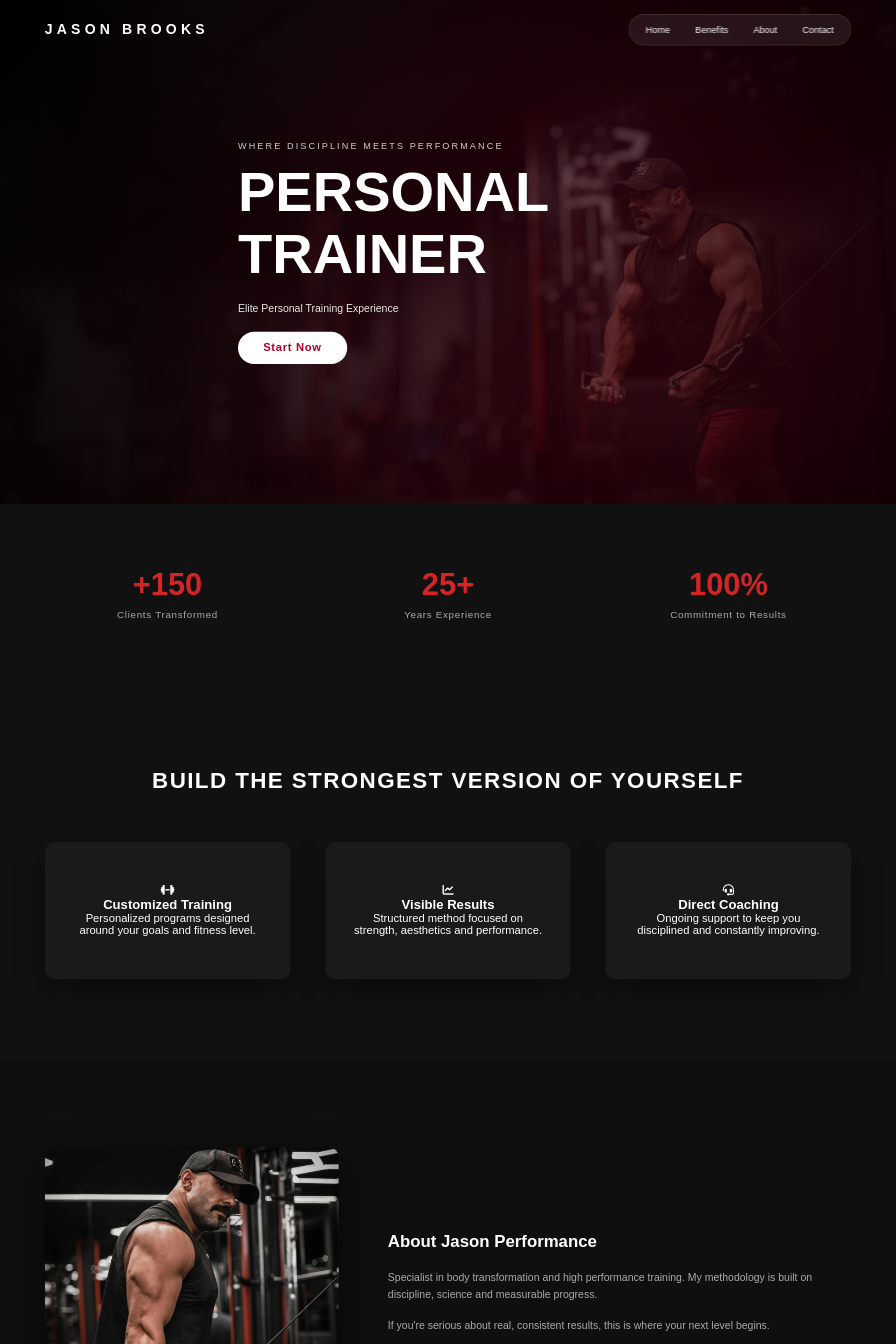
Repository: davidfsillva/Jason-Brooks
Page: index.html
An editor plug-in stored every save of this project. The page is shown before and after the next save, followed by the edit.
The browser window is 1280 px wide. The pictures show the part of the page from y = 0 to 1920 px (the page is 3042 px tall), at 70% of full size.
Some web fonts or font styles are not loaded; a fallback is used.

Above is the page before, as saved 2026-02-21 16:43:59.

After the next save:
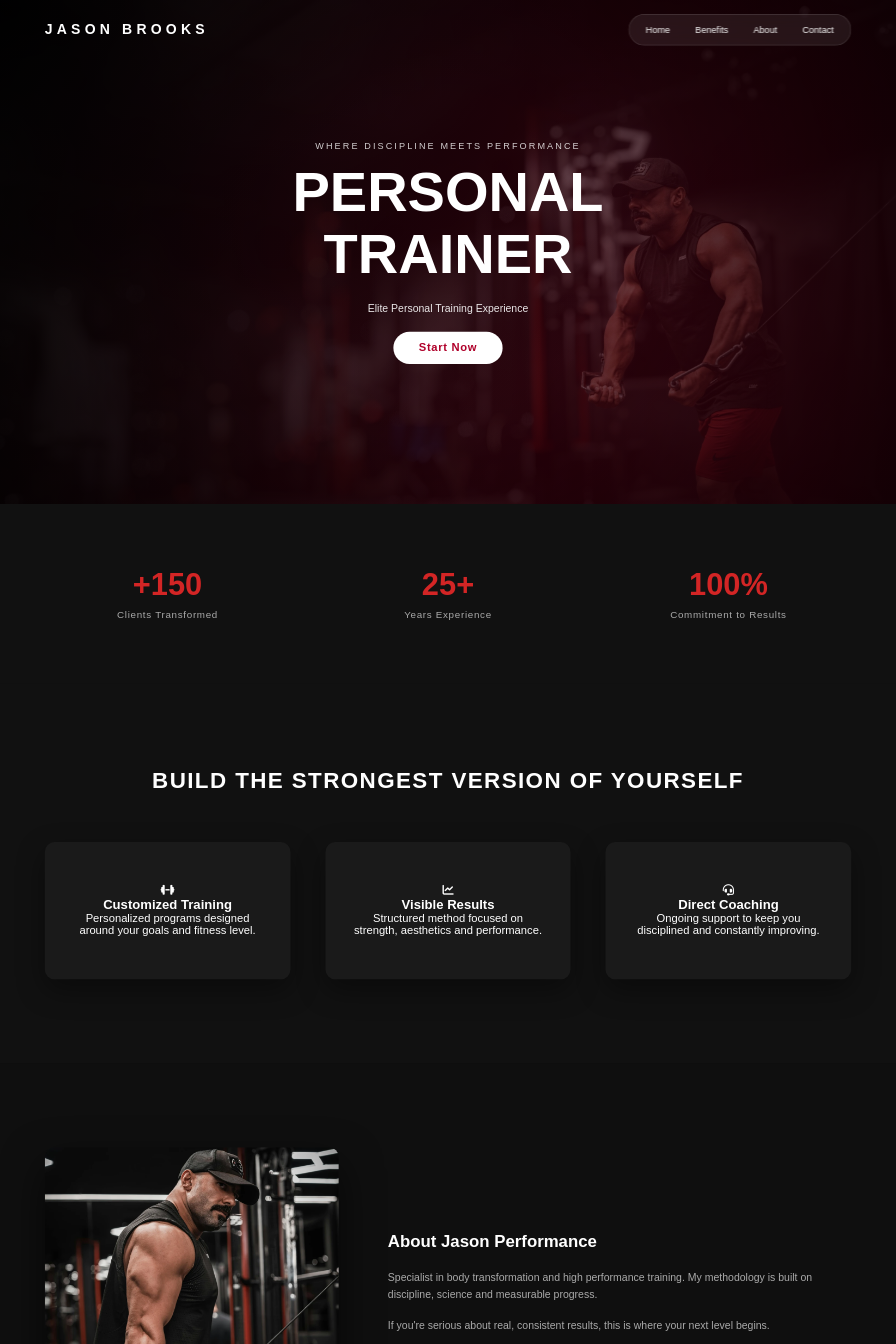
Saved 10 s later.
--- a/style.css
+++ b/style.css
@@ -206,10 +206,9 @@ header {
 }
 
 .hero-content {
-    flex: 1;
-    text-align: left;
-    max-width: 600px;
+    position: relative;
     z-index: 2;
+    max-width: 700px;
 }
 
 .hero-small {
